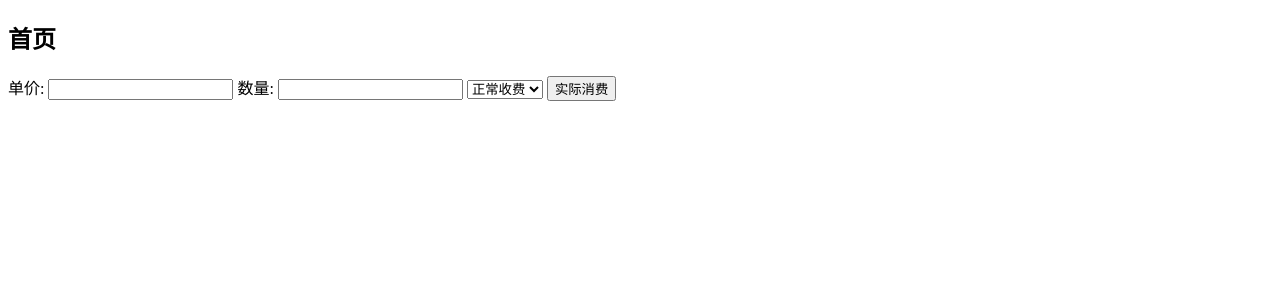
Repository: iamsongpeng/java-web-demo
Page: http://localhost/design_pattern/
The author's editor kept a copy of each file at every save. The page is drawn from the files as they stood at one save, then again after the next save.
The browser window is 1280 px wide. The pictures show the whole page.
The page is served by Tomcat 9. Other server files are loaded and not shown.

Above is the page before, as saved 2017-06-09 15:56:46.

### design_pattern/WebContent/index.jsp
<%@ page language="java" contentType="text/html; charset=UTF-8"
    pageEncoding="UTF-8"%>
<!DOCTYPE html PUBLIC "-//W3C//DTD HTML 4.01 Transitional//EN" "http://www.w3.org/TR/html4/loose.dtd">
<html>
<head>
<meta http-equiv="Content-Type" content="text/html; charset=UTF-8">
<title>Insert title here</title>
</head>
<body>
	<h2>首页</h2>
	<form action="${pageContext.request.contextPath }/actualConsumption" method="post">
		单价: <input type="text" name="totalPrice">
		数量: <input type="text" name="totalPrice">
		<select name="addRange">
			<option value="0">正常收费</option>
			<option value="1">打八折</option>
			<option value="2">打七折</option>
			<option value="3">打五折</option>
		</select>
		<input type="submit" value="实际消费">
	</form>
</body>
</html>

After the next save:
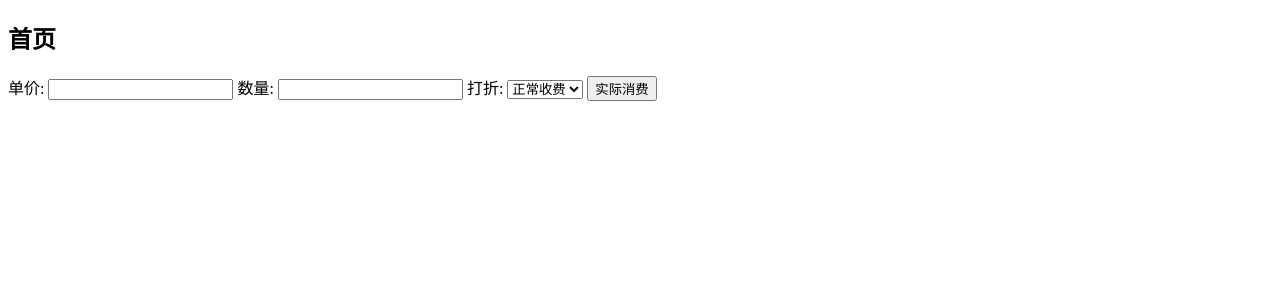
Saved 11 s later.
--- a/design_pattern/WebContent/index.jsp
+++ b/design_pattern/WebContent/index.jsp
@@ -11,7 +11,7 @@
 	<form action="${pageContext.request.contextPath }/actualConsumption" method="post">
 		单价: <input type="text" name="totalPrice">
 		数量: <input type="text" name="totalPrice">
-		<select name="addRange">
+		打折: <select name="addRange">
 			<option value="0">正常收费</option>
 			<option value="1">打八折</option>
 			<option value="2">打七折</option>
